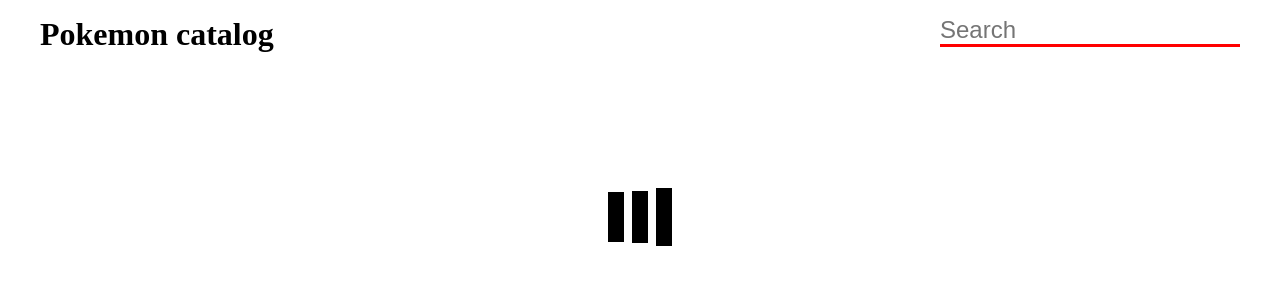
Repository: Ryszard-Penkala/pokemon-API
Page: index.html
An editor plug-in stored every save of this project. The page is shown before and after the next save, followed by the edit.
The browser window is 1280 px wide. The pictures show the whole page.
The page's requests for data from a server got no answer.

Above is the page before, as saved 2020-06-28 18:08:53.

After the next save:
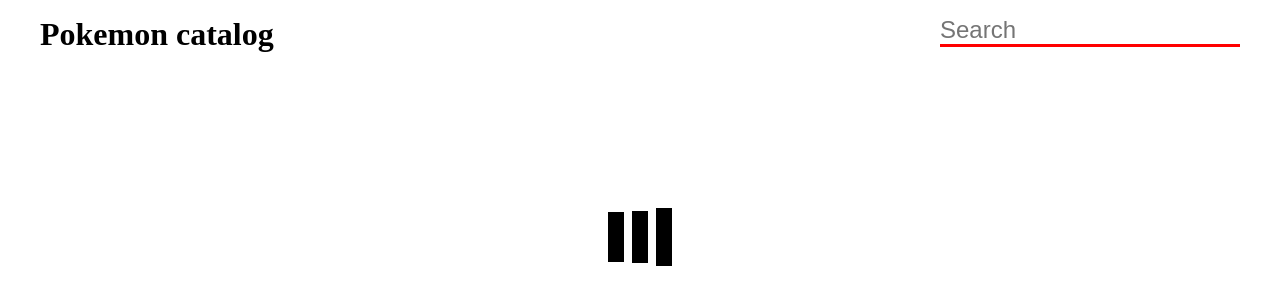
Saved 7 s later.
--- a/assets/styles/styles.css
+++ b/assets/styles/styles.css
@@ -14,7 +14,7 @@
 }
 
 .pokemon-app__section{
-  padding-top: 20px;
+  padding-top: 40px;
 }
 
 .header-main{
